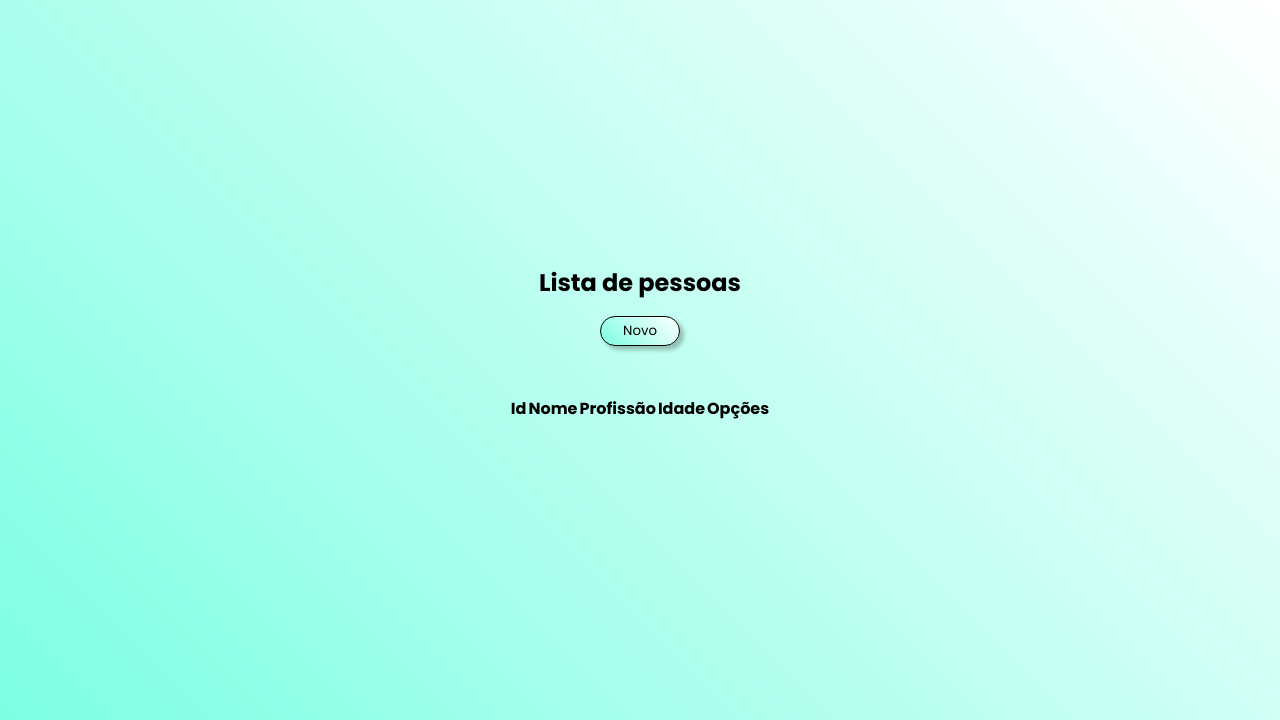
Repository: alef-torres/TesteUnicontrol
Page: http://localhost/desafioUnicontrol/main
These files come from the project's save history. The page is drawn as it stood at one moment and after the next save; the edit follows.
The browser window is 1280 px wide. The pictures show the whole page.
The page is served by Tomcat 9. Queries for data that is not in the repository find no rows.

Above is the page before, as saved 2024-02-10 22:58:57.

After the next save:
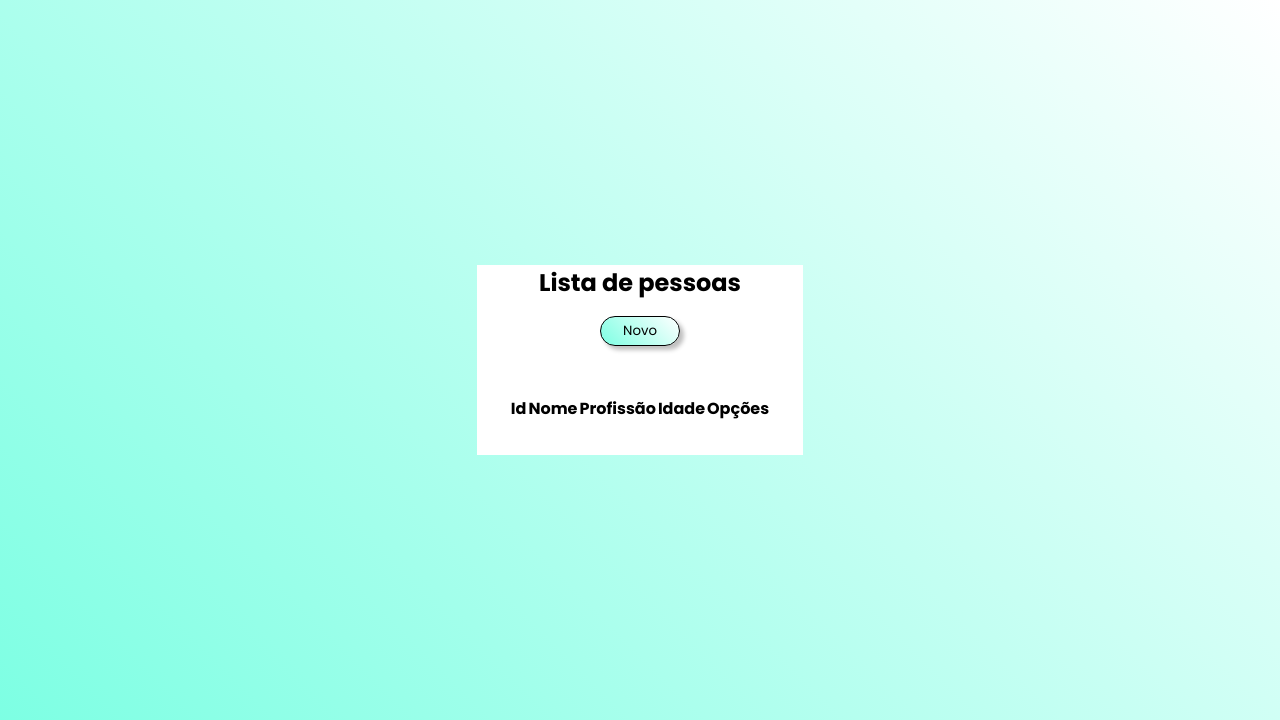
Saved 16 s later.
--- a/DesafioUnicontrol/desafioUnicontrol/src/main/webapp/estilo/pesquisa.css
+++ b/DesafioUnicontrol/desafioUnicontrol/src/main/webapp/estilo/pesquisa.css
@@ -29,6 +29,7 @@ div {
     justify-content: space-around;
     align-items: center;
     gap: 1rem;
+    background: white;
 }
 
 .principal {
